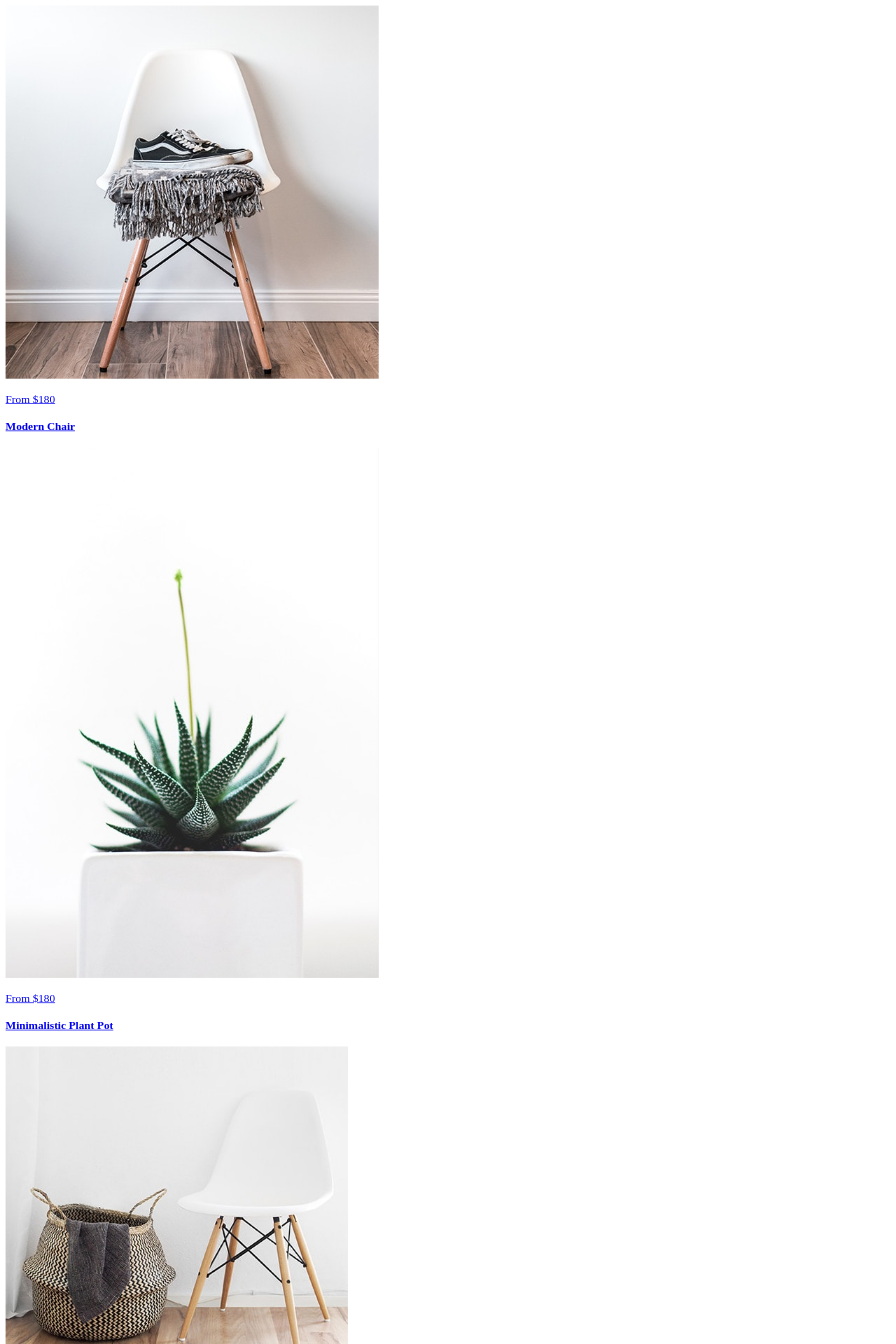
Repository: robbietaek/Java_Spring_Framework_Study
Page: http://localhost/team/WEB-INF/user/index.jsp
These files come from the project's save history. The page is drawn as it stood at one moment and after the next save; the edit follows.
The browser window is 1280 px wide. The pictures show the part of the page from y = 0 to 1920 px (the page is 5936 px tall before and 5401 px after), at 70% of full size.
The page is served by Tomcat 9. Nobody is signed in. The template is opened directly, without the code that normally fills it, so the values that code supplies are empty.

Above is the page before, as saved 2019-12-29 10:39:02.

After the next save:
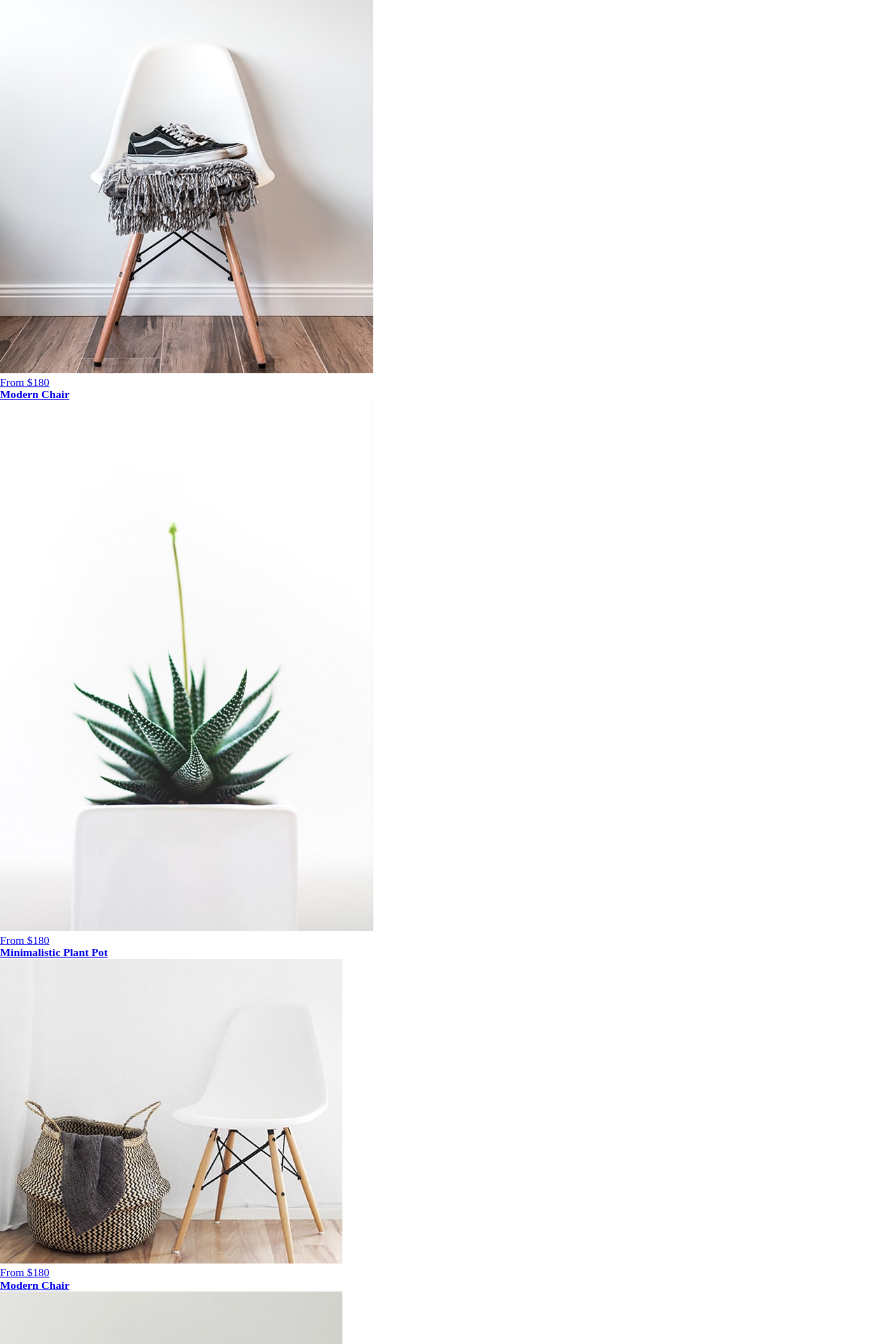
Saved 16 min 49 s later.
--- a/team/src/main/webapp/WEB-INF/user/index.jsp
+++ b/team/src/main/webapp/WEB-INF/user/index.jsp
@@ -6,7 +6,114 @@
 <head>
 <title>안녕하세요</title>
 </head>
-
+<script
+	src="https://ajax.googleapis.com/ajax/libs/jquery/3.3.1/jquery.min.js"></script>
+<style type="text/css">
+* {
+	margin: 0px;
+	padding: 0px;
+}
+
+.animation_canvas { /* 이미지 한개의 영역만 보여줌 */
+	overflow: hidden; /* 영역 외부의 내용을 보여주지 않음 */
+	position: relative;
+	width: 600px;
+	height: 400px;
+}
+/* 이미지 5개가 보여지는 영역  */
+.slider_panel {
+	width: 3000px;
+	position: relative;
+}
+/* 이미지 한개 보여지는 영역  */
+.slider_image {
+	float: left;
+	width: 600px;
+	height: 400px;
+}
+/* 설명을 보여주는 영역*/
+.slider_text_panel {
+	position: absolute;
+	top: 100px;
+	left: 50px;
+}
+/* 설명의 내용 */
+.slider_text {
+	position: absolute;
+	width: 250px;
+	height: 150px;
+}
+/* 선택버튼의 영역*/
+.control_panel {
+	position: absolute;
+	top: 380px;
+	left: 270px;
+	height: 13px;
+	overflow: hidden;
+}
+/*선택버튼 이미지 */
+.control_button {
+	width: 12px;
+	height: 46px;
+	position: relative;
+	float: left;
+	cursor: pointer;
+	background: url('point_button.png');
+}
+/* 마우스가 올라가게 되면  살짝 올라감*/
+.control_button:hover {
+	top: -16px;
+}
+/* 다시 돌아옴*/
+.control_button.select {
+	top: -31px;
+}
+</style>
+<script type="text/javascript">
+	$(function() {
+		//버튼들 이벤트 등록
+		$(".control_button").each(function(index){
+			$(this).attr("idx",index)
+		}).click(function() {
+			//$(this).attr('idx') : 클릭된 컴포넌트의 idx 속성 값 0~4
+			var index = $(this).attr('idx');
+			moveSlider(index);
+		});
+		//클릭과 상관없이 화면이 로드 된 경우 실행됨
+		//처음에 몰아나오는 텍스트를 보이지 않도록 설정 + idx 속성 등록
+		$('.slider_text').css("left",-300).each(function(index){
+			$(this).attr("idx",index)
+		});
+		moveSlider(0);	//첫번째 이미지가 화면에 출력되도록
+/*		var idx = 0;
+		var inc = 1;
+ 		setInterval(function() {
+			if (idx >= 4){
+				inc = -1;
+			}
+			if (idx <= 0){
+				inc = 1;
+			}
+			idx += inc;
+			moveSlider(idx);
+		}, 1500); */
+	});
+
+	function moveSlider(index) {
+		var moveLeft = -(index * 600);
+		$('.slider_panel').animate({
+			left : moveLeft
+		}, 'slow');
+		$('.control_button[idx=' + index + ']').addClass('select');
+		$('.control_button[idx!=' + index + ']').removeClass('select');
+		$('.slider_text[idx=' + index + ']').show().animate({
+			left : 0
+		}, 'slow');
+		$('.slider_text[idx!=' + index + ']').hide('slow', function() {
+			$(this).css('left', -300);
+		});
+	}
+</script>
 <body>
         <!-- Product Catagories Area Start -->
         <div class="products-catagories-area clearfix">
